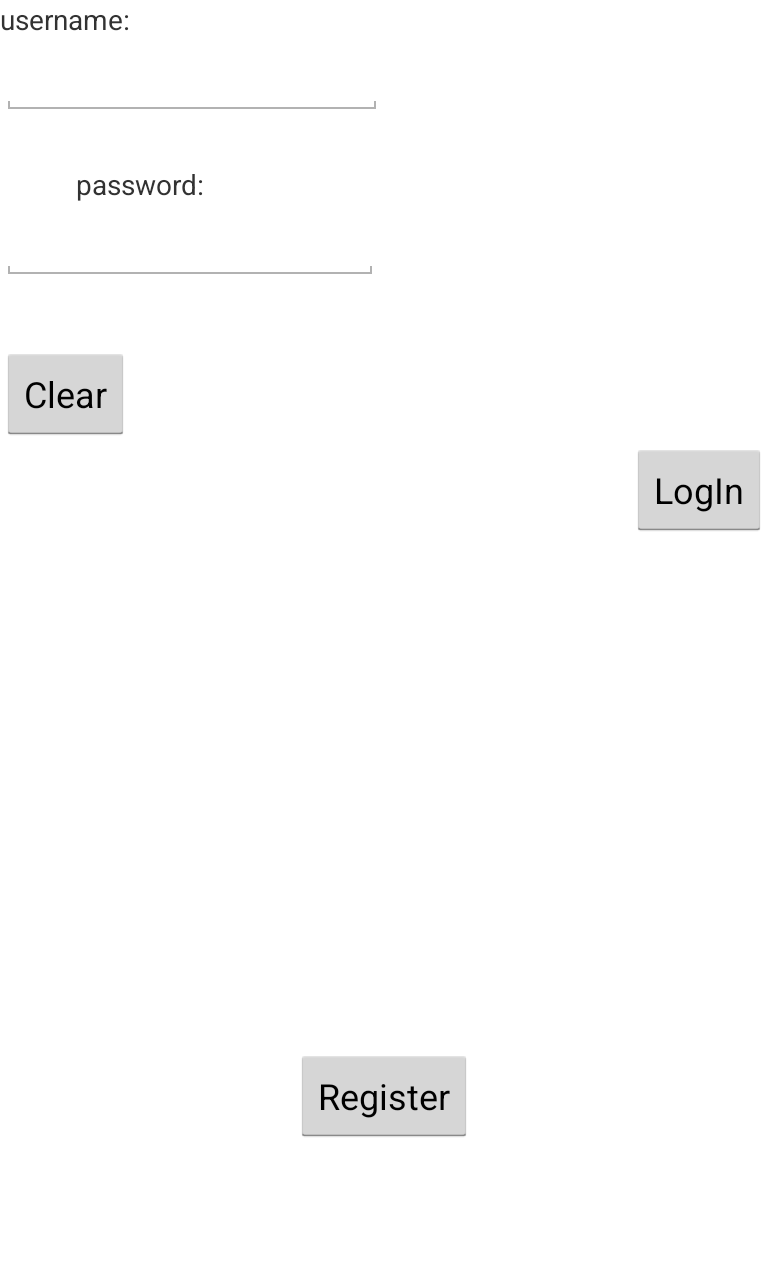
Repository: mpdehnel/seg
Layout: VectorOne/res/layout/activity_login.xml
An editor plug-in stored every save of this project. The layout is shown before and after the next save, followed by the edit.
It is drawn on a 768 x 1280 px phone screen (xhdpi) without system bars, with theme AppTheme; the app's code is not run.

Above is the layout before, as saved 2013-02-06 22:15:07.

After the next save:
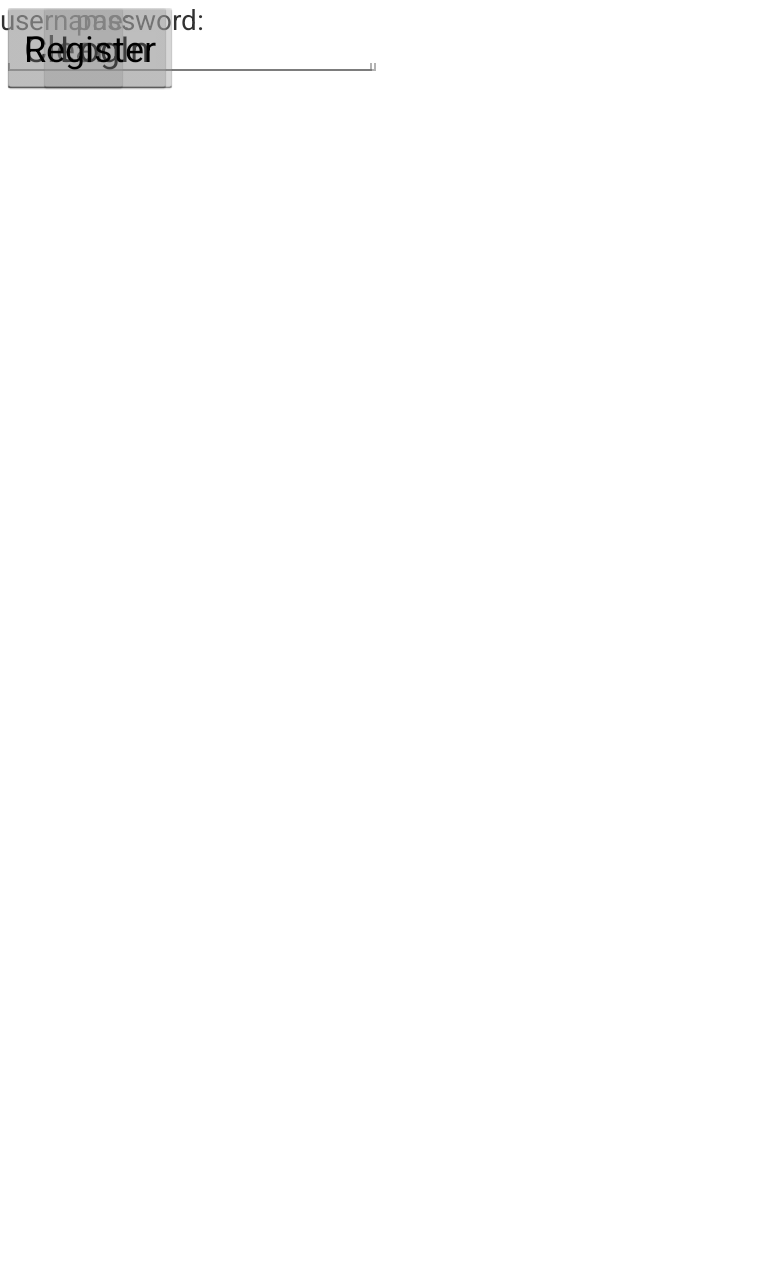
Saved 27 s later.
--- a/VectorOne/res/layout/activity_login.xml
+++ b/VectorOne/res/layout/activity_login.xml
@@ -1,4 +1,4 @@
-<GridLayout xmlns:android="http://schemas.android.com/apk/res/android"
+<RelativeLayout xmlns:android="http://schemas.android.com/apk/res/android"
     xmlns:tools="http://schemas.android.com/tools"
     android:id="@+id/login_layout"
     android:layout_width="match_parent"
@@ -68,4 +68,4 @@
 
 
 
-</GridLayout>
+</RelativeLayout>
